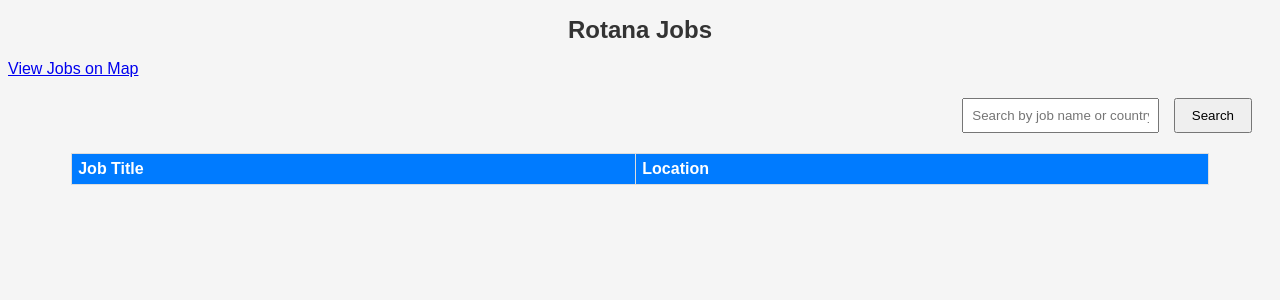
Repository: Reham28/RotanaJobs
Page: public/index.html
These files come from the project's save history. The page is drawn as it stood at one moment and after the next save; the edit follows.
The browser window is 1280 px wide. The pictures show the whole page.
The page's requests for data from a server got no answer.

Above is the page before, as saved 2023-09-16 18:52:10.

After the next save:
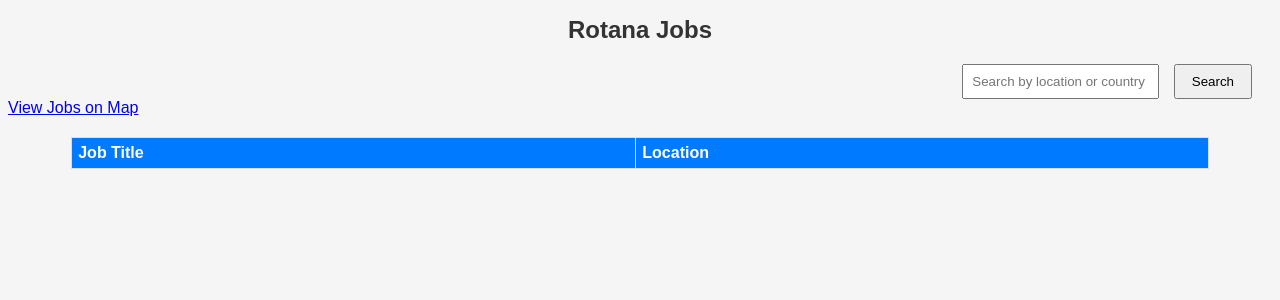
Saved 2 min 29 s later.
--- a/public/index.html
+++ b/public/index.html
@@ -8,12 +8,15 @@
 </head>
 <body>
   <h1>Rotana Jobs  </h1>
-  <div class="nav-link">
-    <a href="map.html">View Jobs on Map</a>
-  </div>
-   <div class="search">
-    <input type="text" id="searchInput" placeholder="Search by job name or country">
-    <button onclick="searchJobs()">Search</button>
+  <div class="top-bar">
+    <div class="search">
+      <input type="text" id="searchInput" placeholder="Search by location or country">
+      <button onclick="searchJobs()">Search</button>
+    </div>
+
+    <div class="nav-link">
+      <a href="map.html">View Jobs on Map</a>
+    </div>
   </div>
 
 
